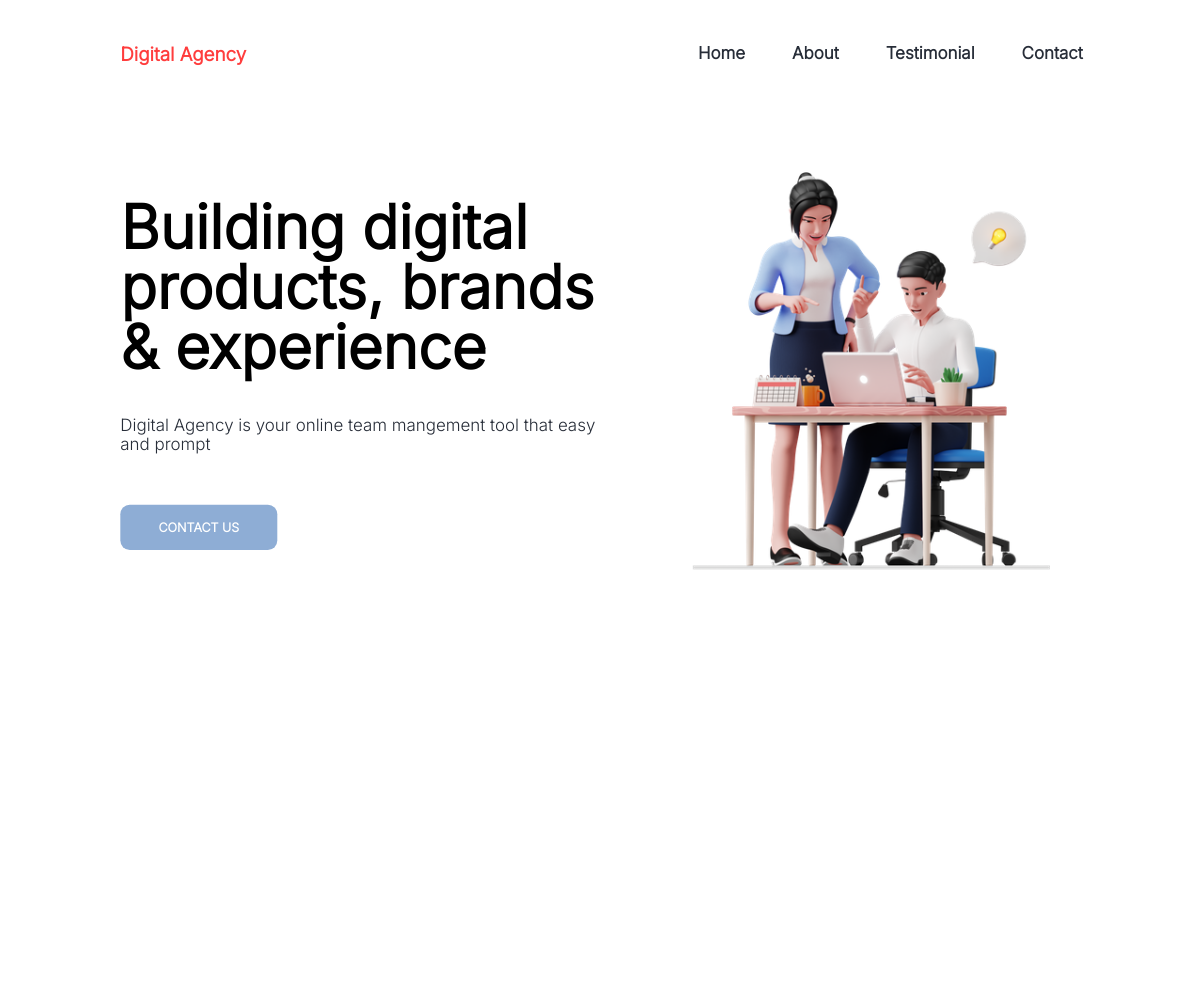
Repository: ThuatDev/fullstack_devc
Page: index.html
The author's editor kept a copy of each file at every save. The page is drawn from the files as they stood at one save, then again after the next save.
The browser window is 1280 px wide. The pictures show the whole page, at 94% of full size.

Above is the page before, as saved 2022-11-09 17:16:49.

### index.html
<!DOCTYPE html>
<html lang="en">
  <head>
    <meta charset="UTF-8" />
    <meta http-equiv="X-UA-Compatible" content="IE=edge" />
    <meta name="viewport" content="width=device-width, initial-scale=1.0" />
    <link
      rel="stylesheet"
      href="https://cdnjs.cloudflare.com/ajax/libs/font-awesome/6.2.0/css/all.min.css"
      integrity="sha512-xh6O/CkQoPOWDdYTDqeRdPCVd1SpvCA9XXcUnZS2FmJNp1coAFzvtCN9BmamE+4aHK8yyUHUSCcJHgXloTyT2A=="
      crossorigin="anonymous"
      referrerpolicy="no-referrer"
    />
    <link rel="stylesheet" href="reposive.css" />
    <link rel="stylesheet" href="index.css" />
    <title>Digital Agency</title>
  </head>
  <body>
    <div class="container">
      <div class="navbar">
        <div class="navbar__left">
          <p class="navbar__left-logo">Digital Agency</p>
        </div>
        <div class="navbar__right">
          <ul class="navbar__right-list">
            <li><a href="#">Home</a></li>
            <li><a href="#">About</a></li>
            <li><a href="#">Testimonial</a></li>
            <li><a href="#">Contact</a></li>
            <li class="icon__menu"><i class="fa-solid fa-bars"></i></li>
          </ul>
        </div>
      </div>

      <!-- HERO SECTION  -->
      <div class="h-section">
        <div class="h-section__left">
          <h2>Building digital products, brands & experience</h2>
          <p>
            Digital Agency is your online team mangement tool that easy and
            prompt
          </p>
          <button>Contact Us</button>
        </div>
        <div class="h-section__right">
          <img
            src="./img/business-people-discussing-business-idea.png"
            alt=""
          />
        </div>
      </div>
    </div>
  </body>
</html>

### reposive.css
@media screen and (max-width: 600px) {
  .navbar > .navbar__right > .navbar__right-list {
    display: none;
  }
}

### index.css
@import url("https://fonts.googleapis.com/css2?family=Inter:wght@200;300&display=swap");
* {
  padding: 0;
  margin: 0;
  box-sizing: border-box;
  font-family: "Inter", sans-serif;
}
.container {
  width: 80%;
  height: 1000px;

  margin: 0 auto;
}

/* nav bar*/
.navbar {
  display: flex;
  justify-content: space-between;
  margin-top: 46px;
}
.navbar .navbar__left .navbar__left-logo {
  font-size: 20px;
  font-weight: 700;
  color: rgb(255, 61, 61);
  line-height: 24px;
}
.navbar .navbar__right .navbar__right-list {
  display: flex;
}
.navbar .navbar__right .navbar__right-list li {
  list-style: none;
  margin-left: 50px;
}
.navbar .navbar__right .navbar__right-list li.icon__menu {
  display: none;
}
.navbar .navbar__right > .navbar__right-list li > a {
  text-decoration: none;
  /* color: rgb(255, 72, 72); */
  /* padding: 10px 20px; */
  /* display: block;
   */
  font-weight: 600;
  font-size: 18px;
  color: #272d38;
}
/* Hero section */
.h-section {
  display: flex;
  justify-content: space-between;
  margin-top: 100px;
}
.h-section .h-section__left {
  display: flex;
  flex-direction: column;
  justify-content: space-evenly;
}
.h-section .h-section__left h2 {
  font-weight: 700;
  font-size: 64px;
  width: 540px;
  height: 192px;
  line-height: 100%;
}
.h-section .h-section__left p {
  font-weight: 400;
  font-size: 18px;
  width: 520px;
  height: 56px;
  color: #272d38;
}
.h-section .h-section__left button {
  width: 167px;
  height: 48px;
  border-radius: 10px;
  border: none;
  background-color: #8eadd5;
  text-transform: uppercase;
  font-weight: 700;
  color: #fff;
}

After the next save:
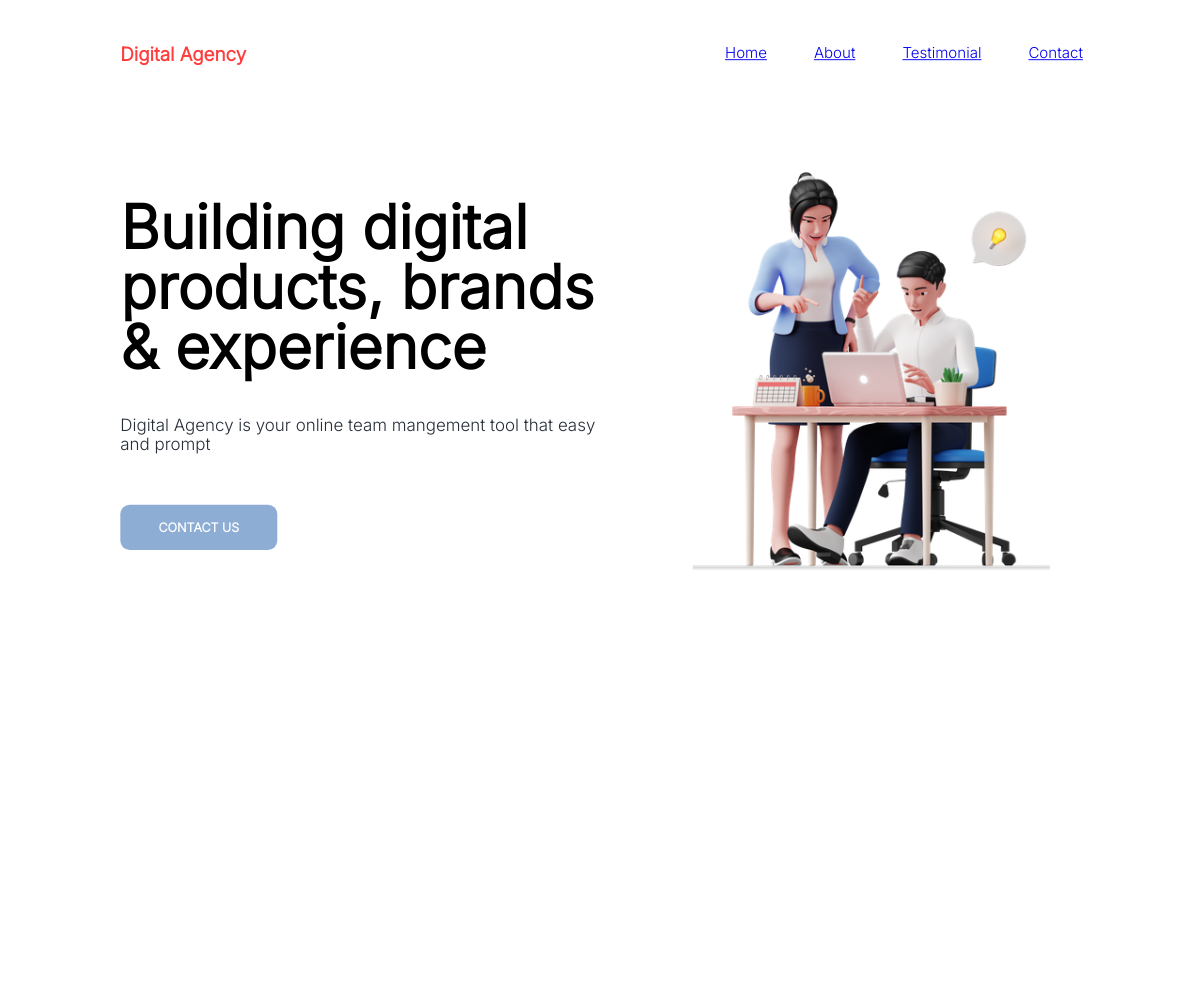
Saved 4 s later.
--- a/index.css
+++ b/index.css
@@ -34,7 +34,7 @@
 .navbar .navbar__right .navbar__right-list li.icon__menu {
   display: none;
 }
-.navbar .navbar__right > .navbar__right-list li > a {
+.navbar .navbar__right.navbar__right-list li > a {
   text-decoration: none;
   /* color: rgb(255, 72, 72); */
   /* padding: 10px 20px; */

After the save that followed:
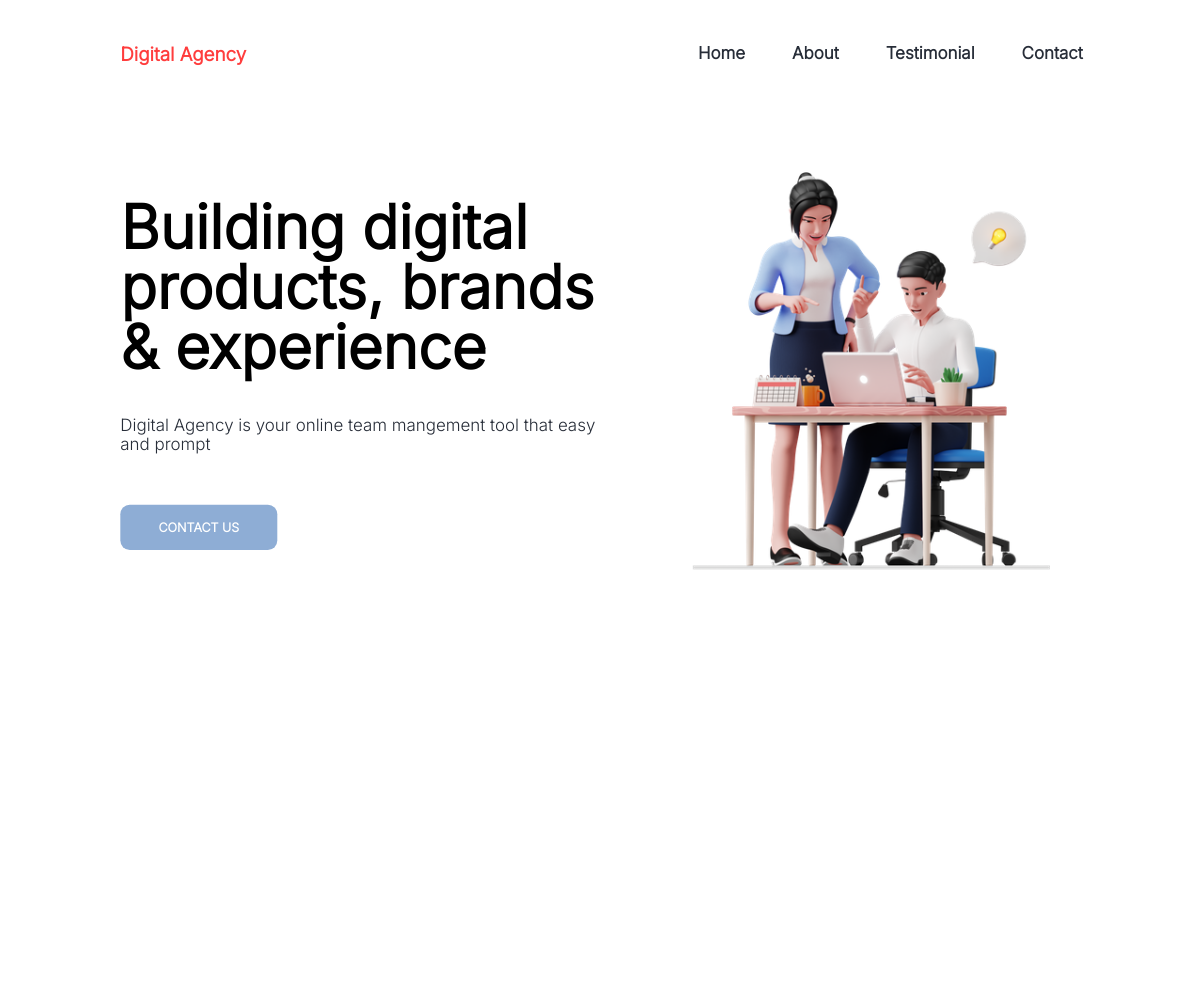
Saved 4 s later.
--- a/index.css
+++ b/index.css
@@ -34,7 +34,7 @@
 .navbar .navbar__right .navbar__right-list li.icon__menu {
   display: none;
 }
-.navbar .navbar__right.navbar__right-list li > a {
+.navbar .navbar__right .navbar__right-list li > a {
   text-decoration: none;
   /* color: rgb(255, 72, 72); */
   /* padding: 10px 20px; */
